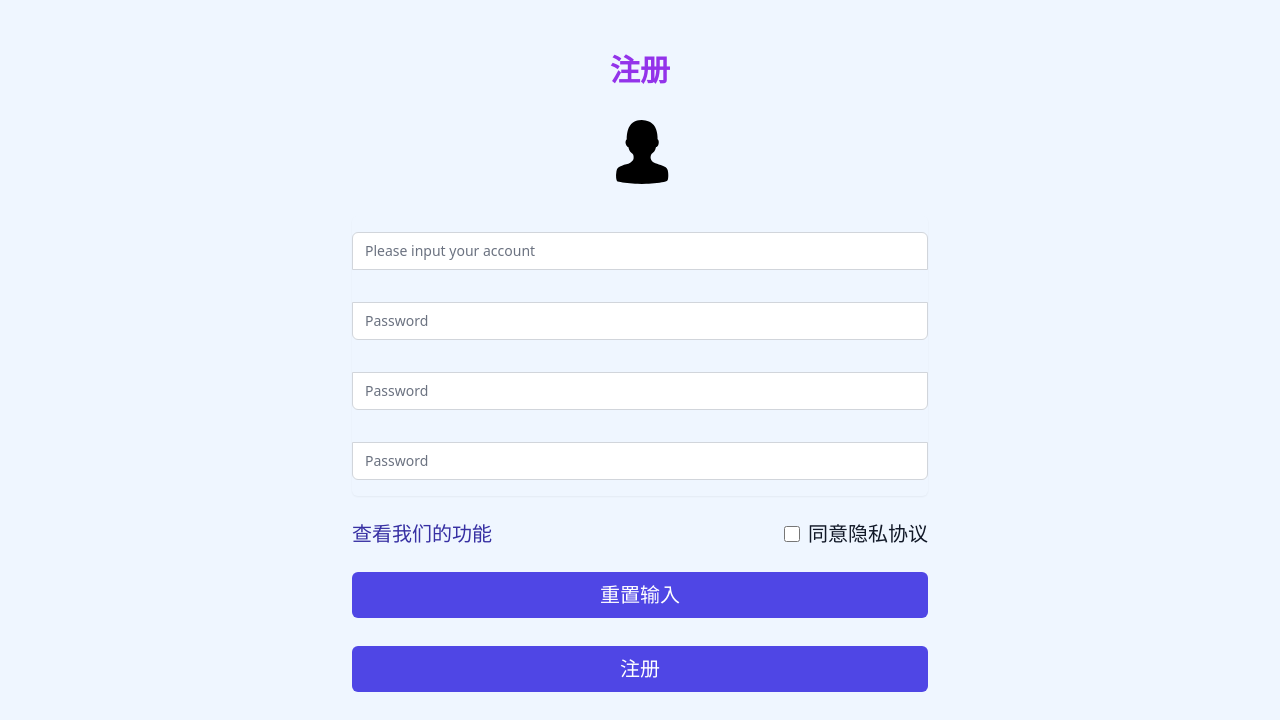
Repository: LiuRuohui/test_the_tailwindcss
Page: /
These files come from the project's save history. The page is drawn as it stood at one moment and after the next save; the edit follows.
The browser window is 1280 px wide. The pictures show the whole page.
The project was rebuilt for these pictures with package versions that can differ from the ones it lists, and the page was loaded fresh each time. Also part of the build but not shown: vite.config.js, src/components/WelcomingPage.vue.

Above is the page before, as saved 2022-03-03 10:40:47.

### src/App.vue
<script setup>
import WelcomingPage from "./components/WelcomingPage.vue"
import RegisterPage from "./components/RegisterPage.vue"
</script>

<template>
<!--<WelcomingPage class="bg-blue-50 page"></WelcomingPage> -->
<RegisterPage class="bg-blue-50 page"></RegisterPage>
</template>

<style>
.page{
    height: 100vh;
}
</style>

### src/index.css
@tailwind base;
@tailwind components;
.btn {
    @apply inline-block px-5 py-3 rounded-lg shadow-lg bg-indigo-500
}

.btn:hover {
    @apply bg-indigo-400
}

.btn:focus {
    @apply outline-none
}

.btn:active {
    @apply bg-indigo-600
}

@tailwind utilities;
@layer components {
    .card {
        background-color: theme('colors.blue.500');
        border-radius: theme('borderRadius.lg');
        padding: theme('spacing.6');
        box-shadow: theme('boxShadow.xl');
    }
    /* ... */
}

### src/components/RegisterPage.vue
<template>
<div class="flex items-center justify-center py-12 px-4 sm:px-6 lg:px-8c">
    <div class="sm:max-w-xl sm:object-center sm:object-cover w-full space-y-8">
        <div>
            <h2 class="mt-6 text-center text-3xl font-extrabold text-purple-600">注册</h2>
        </div>
        <div>
            <img class="h-16 w-1/2 mx-auto" src="../assets/用户.svg" alt="这里有一张图片">
        </div>
        <form class="mt-8 space-y-6" action="#" method="POST">
      <div class="rounded-md shadow-sm">
        <div class="py-4">
          <label for="email-address" class="sr-only ">Account</label>
          <input id="email-address" name="email" type="email" autocomplete="email" required class="appearance-none rounded-none relative block w-full px-3 py-2 border border-gray-300 placeholder-gray-500 text-gray-900 rounded-t-md focus:outline-none focus:ring-indigo-500 focus:border-indigo-500 focus:z-10 sm:text-sm" placeholder="Please input your account">
        </div>
        <div class="py-4">
          <label for="password" class="sr-only">Password</label>
          <input id="password" name="password" type="password" autocomplete="current-password" required class="appearance-none rounded-none relative block w-full px-3 py-2 border border-gray-300 placeholder-gray-500 text-gray-900 rounded-b-md focus:outline-none focus:ring-indigo-500 focus:border-indigo-500 focus:z-10 sm:text-sm" placeholder="Password">
        </div>
        <div class="py-4">
          <label for="password" class="sr-only">Password</label>
          <input id="password" name="password" type="password" autocomplete="current-password" required class="appearance-none rounded-none relative block w-full px-3 py-2 border border-gray-300 placeholder-gray-500 text-gray-900 rounded-b-md focus:outline-none focus:ring-indigo-500 focus:border-indigo-500 focus:z-10 sm:text-sm" placeholder="Password">
        </div>
        <div class="py-4">
          <label for="password" class="sr-only">Password</label>
          <input id="password" name="password" type="password" autocomplete="current-password" required class="appearance-none rounded-none relative block w-full px-3 py-2 border border-gray-300 placeholder-gray-500 text-gray-900 rounded-b-md focus:outline-none focus:ring-indigo-500 focus:border-indigo-500 focus:z-10 sm:text-sm" placeholder="Password">
        </div>
      </div>

      <div class="flex items-center justify-between">
        <div class="text-sm sm:text-xl">
          <a href="#" class="font-medium text-indigo-800 hover:text-indigo-500"> 查看我们的功能 </a>
        </div>
        <div class="flex items-center">
          <input id="remember-me" name="remember-me" type="checkbox" class="h-4 w-4 text-indigo-600 focus:ring-indigo-500 border-gray-300 rounded">
          <label for="remember-me" class="ml-2 block sm:text-xl text-gray-900"> 同意隐私协议 </label>
        </div>
      </div>

      <div class="sm:text-xl sm:mt-8">
        <button @click="reset" class="group relative flex w-full justify-center py-2 border border-transparent sm:text-xl font-medium rounded-md text-white bg-indigo-600 hover:bg-indigo-700 focus:outline-none focus:ring-2 focus:ring-offset-2 focus:ring-indigo-500">
          重置输入
        </button> <br>
        <button @click="submit" type="submit" class="group relative flex w-full justify-center py-2 border border-transparent sm:text-xl font-medium rounded-md text-white bg-indigo-600 hover:bg-indigo-700 focus:outline-none focus:ring-2 focus:ring-offset-2 focus:ring-indigo-500">
          注册
        </button>
      </div>
    </form>
    </div>
</div>
</template>

<script setup>

function reset() {

}

function submit() {

}

</script>

### tailwind.config.js
module.exports = {
    content: [
        "./index.html",
        "./src/**/*.{vue,js,ts,jsx,tsx}",
    ],
    theme: {
        extend: {},
    },
    variants: {
        backgroundColor: ['responsive', 'hover', 'focus', 'active']
    },
    plugins: [],
}

Loaded but not shown: index.html (common file); src/main.js (common file)

After the next save:
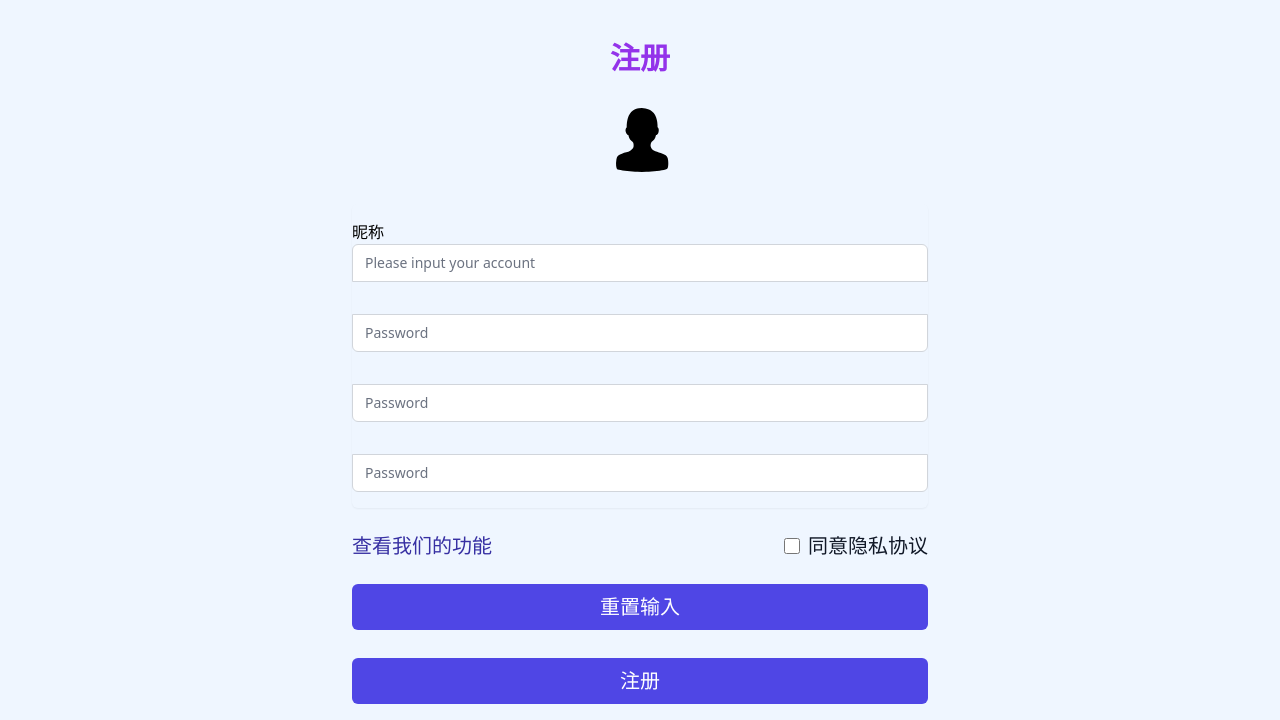
Saved 4 min 30 s later.
--- a/src/components/RegisterPage.vue
+++ b/src/components/RegisterPage.vue
@@ -10,6 +10,7 @@
         <form class="mt-8 space-y-6" action="#" method="POST">
       <div class="rounded-md shadow-sm">
         <div class="py-4">
+          <p>昵称</p>
           <label for="email-address" class="sr-only ">Account</label>
           <input id="email-address" name="email" type="email" autocomplete="email" required class="appearance-none rounded-none relative block w-full px-3 py-2 border border-gray-300 placeholder-gray-500 text-gray-900 rounded-t-md focus:outline-none focus:ring-indigo-500 focus:border-indigo-500 focus:z-10 sm:text-sm" placeholder="Please input your account">
         </div>
